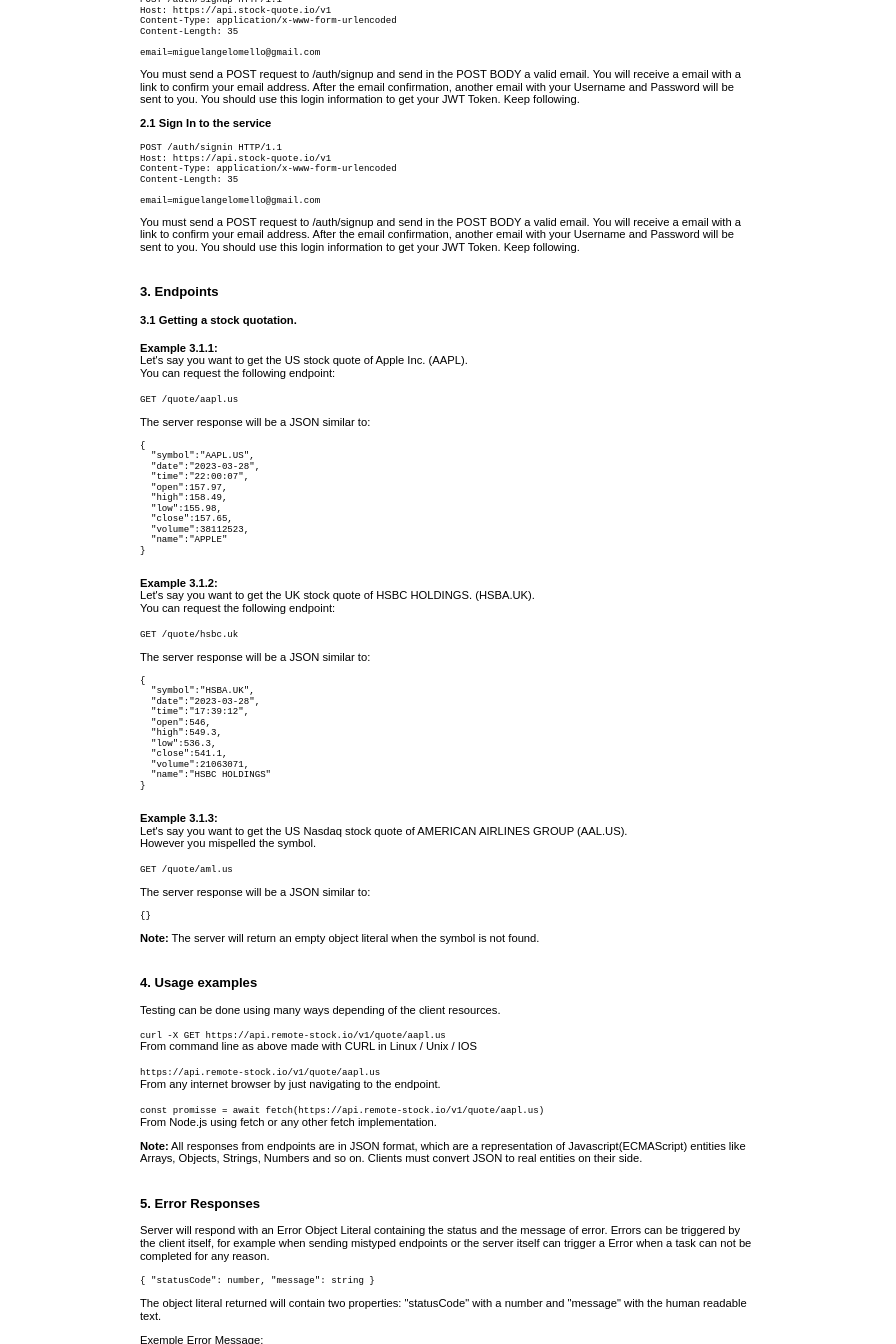
Repository: miguelamello/nest-js
Page: stock-service/documentation.html
The author's editor kept a copy of each file at every save. The page is drawn from the files as they stood at one save, then again after a run of saves.
The browser window is 1280 px wide. The pictures show the part of the page from y = 486 to 2406 px (the page is 2662 px tall before and 2677 px after), at 70% of full size.

Above is the page before, as saved 2023-04-01 16:02:05.

After the next 3 saves:
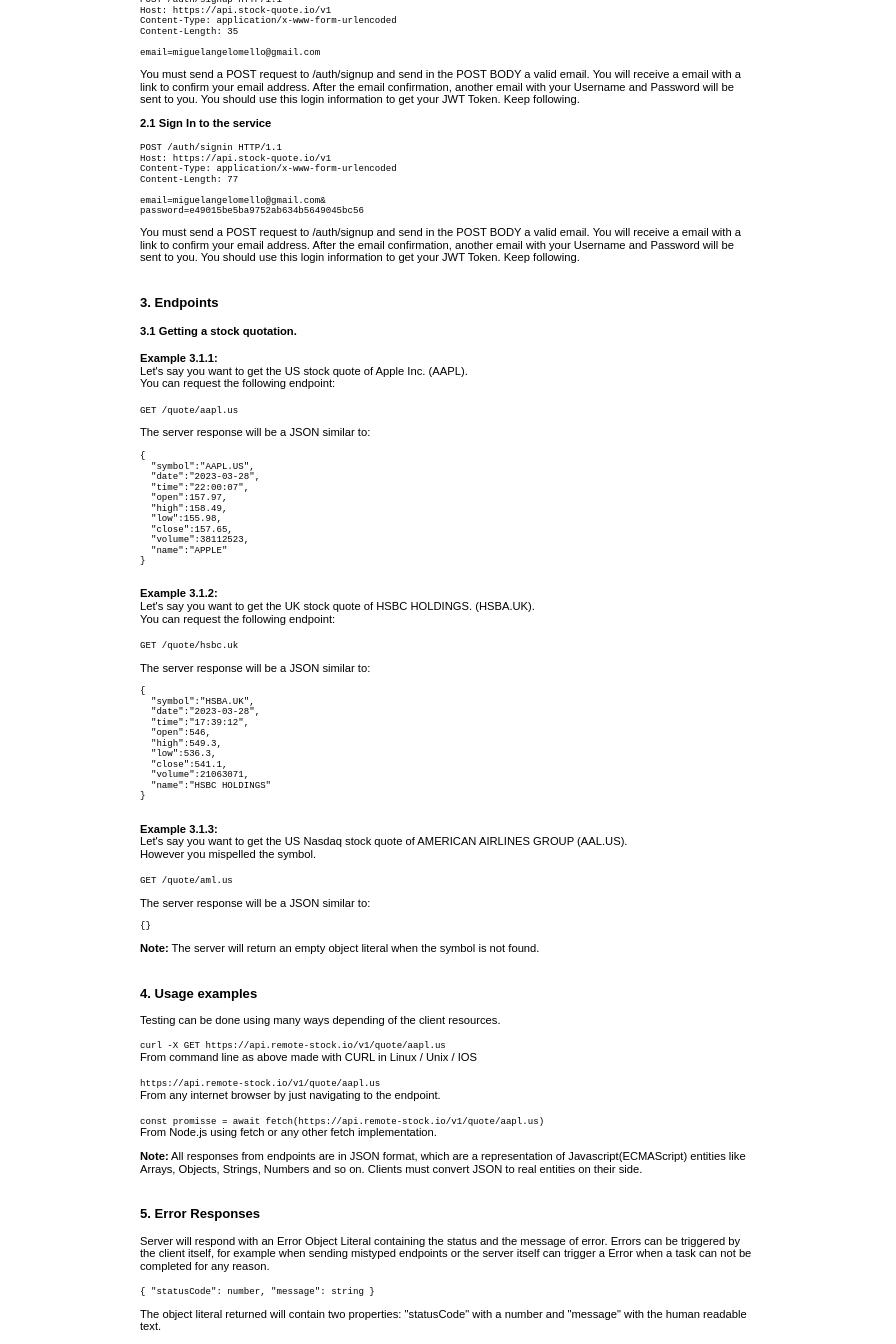
The 3 saves are shown as one change because they came seconds apart.
The last was saved 99 s later.
--- a/stock-service/documentation.html
+++ b/stock-service/documentation.html
@@ -62,9 +62,10 @@ email=miguelangelomello@gmail.com
 POST /auth/signin HTTP/1.1
 Host: https://api.stock-quote.io/v1
 Content-Type: application/x-www-form-urlencoded
-Content-Length: 35
+Content-Length: 77
 
-email=miguelangelomello@gmail.com
+email=miguelangelomello@gmail.com&
+password=e49015be5ba9752ab634b5649045bc56
     </pre>
 
     <div>You must send a POST request to /auth/signup and send in the POST BODY a valid email.
